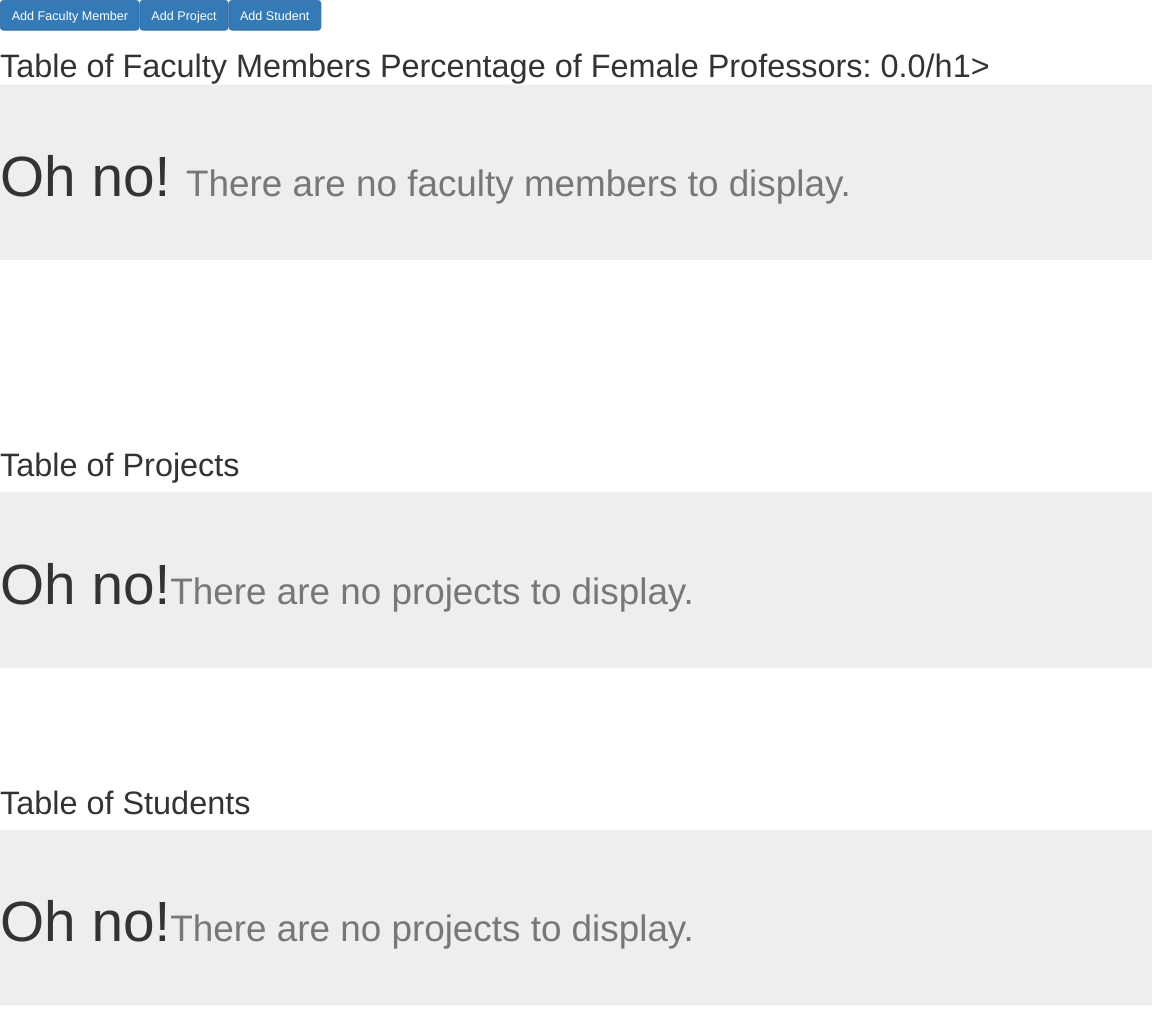
Repository: cpham19/DatabaseSite
Page: http://localhost/database/Table
An editor plug-in stored every save of this project. The page is shown before and after a run of saves, followed by the edit.
The browser window is 1280 px wide. The pictures show the whole page, at 90% of full size.
The page is served by Tomcat 9. Other server files are loaded and not shown. Queries for data that is not in the repository find no rows.

Above is the page before, as saved 2017-08-05 07:11:43.

### database/src/main/webapp/Table.jsp
<%@ page language="java" contentType="text/html; charset=UTF-8" pageEncoding="UTF-8"%>
<%@ taglib prefix="c" uri="http://java.sun.com/jsp/jstl/core" %>
<%@ taglib prefix="fn" uri="http://java.sun.com/jsp/jstl/functions" %>
<!doctype html>
<html lang="en">
<head>
	<title>Faculty</title>
	<!-- Latest compiled and minified CSS -->
	<link rel="stylesheet" href="https://maxcdn.bootstrapcdn.com/bootstrap/3.3.7/css/bootstrap.min.css" integrity="sha384-BVYiiSIFeK1dGmJRAkycuHAHRg32OmUcww7on3RYdg4Va+PmSTsz/K68vbdEjh4u" crossorigin="anonymous">
</head>
<body>
	<a href="AddFaculty.jsp" class="btn btn-primary" role="button">Add Faculty Member</a><a href="AddProject.jsp" class="btn btn-primary" role="button">Add Project</a><a href="AddStudent.jsp" class="btn btn-primary" role="button">Add Student</a>

	<h1>Table of Faculty Members                      Percentage of Female Professors: ${femaleProfessors}/h1>

	<br/>
	<c:if test="${empty faculties}">
		<div class="jumbotron">
			<h1>Oh no! <small>There are no faculty members to display.</small></h1>
		</div>
	</c:if>

	<c:if test="${not empty faculties}">
		<c:forEach items="${faculties}" var="faculty">
			<div class="panel panel-default">
	 			<div class="panel-body">
					<h3>${faculty.name} (${faculty.res_spec})
					 <a href="ViewProfessorProject?name=${faculty.name}&ssn=${faculty.ssn}" class="btn btn-primary" role="button">View Projects</a><a href="DeleteFaculty?id=${faculty.id}&ssn=${faculty.ssn}" class="btn btn-danger" role="button">Delete Faculty</a>
					 <br/>
					</h3>
					<p>Gender: ${faculty.gender} | Age: ${faculty.age} | SSN : ${faculty.ssn}</p>
					<form action="AddProjectToProf" method="post">
							<input type="text" id="prof_ssn" name="prof_ssn" value="${faculty.ssn}">
							<input type="text" id="proj_num" name="proj_num" placeholder="Enter project number">
							<button type="submit" class="btn btn-success btn-block">Add Faculty to Project</button>
					</form>
			    </div>
			</div>
		</c:forEach>
	</c:if>

	<br/>
	<br/>
	<br/>
	<br/>

    <h1>Table of Projects</h1>
	<c:if test="${empty projects}">
		<div class="jumbotron">
			<h1>Oh no!<small>There are no projects to display.</small></h1>
		</div>
	</c:if>

	<c:if test="${not empty projects}">
		<c:forEach items="${projects}" var="project">
 			<div class="pane panel-default">
				 <div class = "pane panel-heading"><h1>Project#${project.projectNum} ${project.sponsorName} | Start: ${project.startingDate}  End: ${project.endingDate} <a href="ViewStudent?proj_num=${project.projectNum}&spon_name=${project.sponsorName}" class="btn btn-primary" role="button">View Students</a><a href="ViewNumberOfPeople?proj_num=${project.projectNum}" class="btn btn-success" role="button">View Number</a><a href="DeleteProject?id=${project.projectNum}" class="btn btn-danger" role="button">Delete Project</a></h1></div>
			</div>
		</c:forEach>
	</c:if>

	<br/>
	<br/>
	<br/>
	<br/>

    <h1>Table of Students</h1>
	<c:if test="${empty students}">
		<div class="jumbotron">
			<h1>Oh no!<small>There are no projects to display.</small></h1>
		</div>
	</c:if>

	<c:if test="${not empty students}">
		<c:forEach items="${students}" var="student">
 			<div class="pane panel-default">
				 <div class = "pane panel-heading">
				 		<h3>${student.name}
				 			<a href="DeleteStudent?id=${student.id}&ssn=${student.ssn}" class="btn btn-danger" role="button">Delete Student</a>
				 		</h3>
				 		<p>Gender: ${student.gender} | Age: ${student.age} | SSN : ${student.ssn}</p>
				 		<form action="AddProjectToStud" method="post">
								<input type="text" id="stud_ssn" name="stud_ssn" value="${student.ssn}">
								<input type="text" id="proj_num" name="proj_num" placeholder="Enter project number">
								<button type="submit" class="btn btn-success btn-block">Add Student to Project</button>
						</form>
				 </div>
			</div>
		</c:forEach>
	</c:if>

</body>
</html>

### database/src/main/java/Table.java
import java.io.IOException;
import java.sql.Connection;
import java.sql.DriverManager;
import java.sql.ResultSet;
import java.sql.SQLException;
import java.sql.Statement;
import java.util.ArrayList;

import javax.servlet.ServletConfig;
import javax.servlet.ServletException;
import javax.servlet.http.HttpServlet;
import javax.servlet.http.HttpServletRequest;
import javax.servlet.http.HttpServletResponse;

public class Table extends HttpServlet
{
	private static final long serialVersionUID = 1L;


	public void init(ServletConfig config) throws ServletException {
		super.init(config);

		try {
			Class.forName("org.postgresql.Driver");
		}
		catch (ClassNotFoundException e) {
			throw new ServletException(e);
		}
	}

	protected void doGet(HttpServletRequest request, HttpServletResponse response) throws ServletException, IOException
	{
		ArrayList<FacultyModel> faculties = new ArrayList<>();
		ArrayList<ProjectModel> projects = new ArrayList<>();
		ArrayList<StudentModel> students = new ArrayList<>();
		double femaleProfessors = 0;

		Connection c = null;
        try
        {
            String url = "jdbc:postgresql://cs1.calstatela.edu:5432/cs4222s29";
            String username = "cs4222s29";
            String password = "Wh0QcrwJ";
            c = DriverManager.getConnection( url, username, password );

            Statement stmt = c.createStatement();

            ResultSet rs = stmt.executeQuery("select * from faculty");

            while (rs.next()) {

            	FacultyModel entry = new FacultyModel(rs.getInt("id"), rs.getString("ssn"), rs.getString("name"), rs.getInt("age"),
            										  rs.getString("gender"), rs.getString("rank"), rs.getString("res_spec"));

            	faculties.add(entry);
 			}

            rs = stmt.executeQuery("select * from project");

            while (rs.next()) {

            	ProjectModel entry = new ProjectModel(rs.getInt("project_num"), rs.getString("sponsor_name"), rs.getString("starting_date"), rs.getString("ending_date"));

            	projects.add(entry);
 			}

           rs = stmt.executeQuery("select * from student");

            while (rs.next()) {

            	StudentModel entry = new StudentModel(rs.getInt("id"), rs.getString("ssn"), rs.getString("name"), rs.getInt("age"), rs.getString("gender"), rs.getString("degree"));

            	students.add(entry);
 			}

            rs = stmt.executeQuery("select female_faculty();");


            while (rs.next()) {
            	femaleProfessors = rs.getDouble("female_faculty()");
 			}
        }

        catch( SQLException e ) {

            throw new ServletException( e );

        }

        finally {

            try {

                if( c != null ) c.close();

            }

            catch( SQLException e ) {

                throw new ServletException( e );

            }

        }

        request.setAttribute("faculties", faculties);
        request.setAttribute("projects", projects);
        request.setAttribute("students", students);
        request.setAttribute("femaleProfessors", femaleProfessors);

        request.getRequestDispatcher("Table.jsp").forward(request,response);
	}


	protected void doPost(HttpServletRequest request, HttpServletResponse response) throws ServletException, IOException
	{
		doGet(request, response);
	}

}

After the next 2 saves:
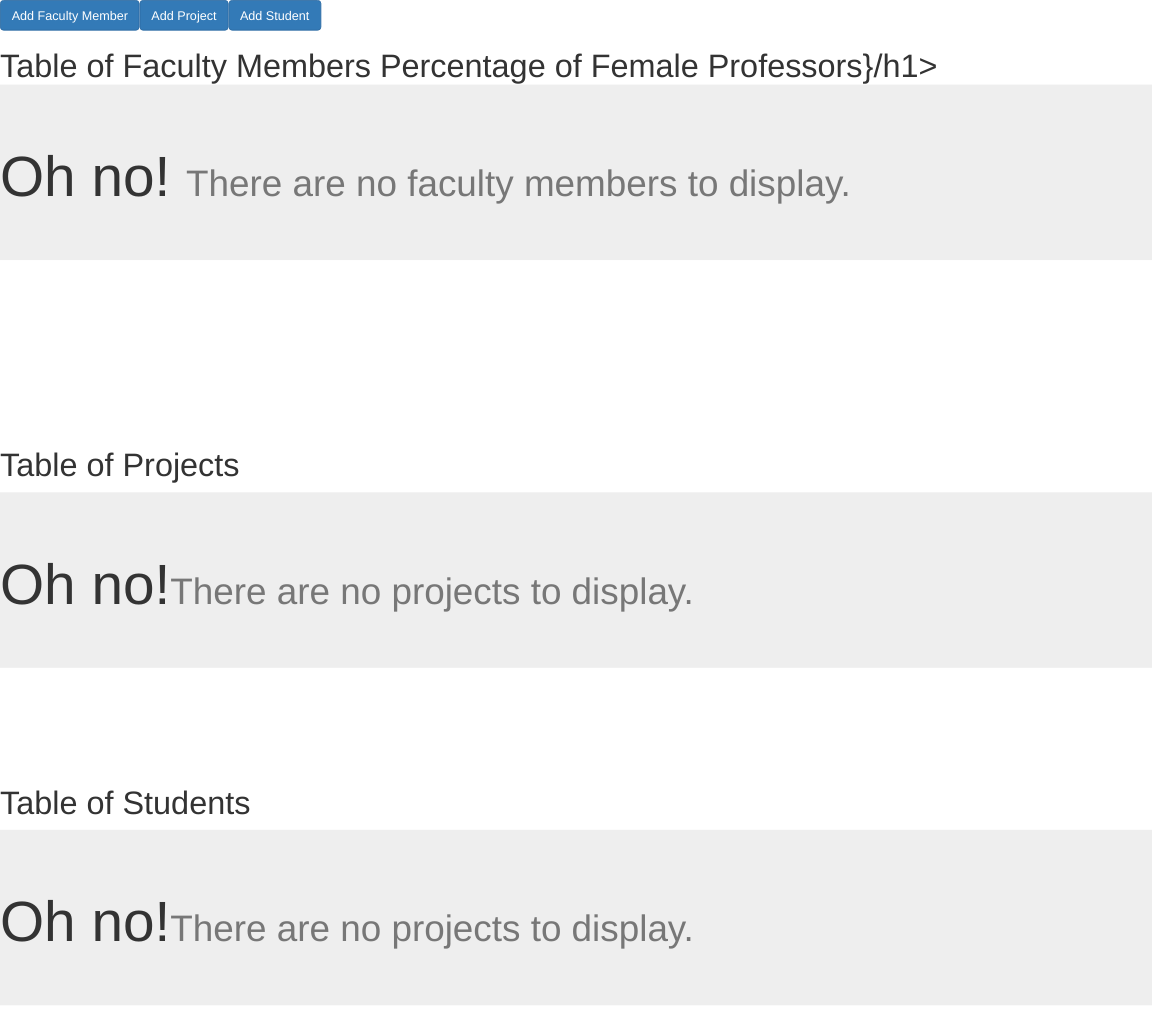
The 2 saves are shown as one change because they came seconds apart.
The last was saved 6 s later.
--- a/database/src/main/webapp/Table.jsp
+++ b/database/src/main/webapp/Table.jsp
@@ -11,7 +11,7 @@
 <body>
 	<a href="AddFaculty.jsp" class="btn btn-primary" role="button">Add Faculty Member</a><a href="AddProject.jsp" class="btn btn-primary" role="button">Add Project</a><a href="AddStudent.jsp" class="btn btn-primary" role="button">Add Student</a>
 
-	<h1>Table of Faculty Members                      Percentage of Female Professors: ${femaleProfessors}/h1>
+	<h1>Table of Faculty Members                      Percentage of Female Professors}/h1>
 
 	<br/>
 	<c:if test="${empty faculties}">
